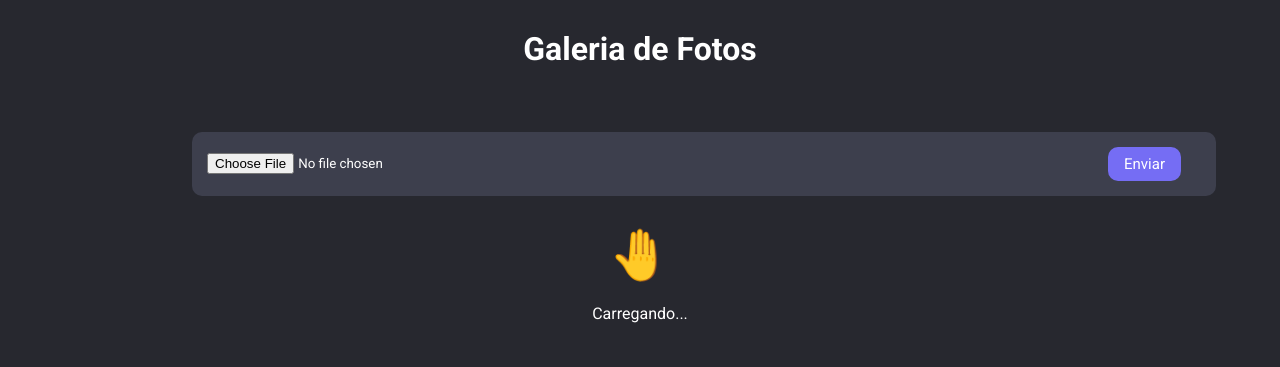
Repository: guilhermecardoso93/imagesapp
Page: /
An editor plug-in stored every save of this project. The page is shown before and after the next save, followed by the edit.
The browser window is 1280 px wide. The pictures show the whole page.
The page's requests for data from a server got no answer. The project was rebuilt for these pictures with package versions that can differ from the ones it lists, and the page was loaded fresh each time. No one was signed in, and anything a server would have sent is missing. Also part of the build but not shown: src/components/PhotoItem/styles.ts, src/components/PhotoItem/index.tsx.

Above is the page before, as saved 2022-11-14 19:33:51.

### public/index.html
<!DOCTYPE html>
<html lang="en">
  <head>
    <meta charset="utf-8" />
    <meta name="viewport" content="width=device-width, initial-scale=1" />
    <meta name="theme-color" content="#000000" />
    <meta
      name="description"
      content="Web site created using create-react-app"
      />
    <link rel="preconnect" href="https://fonts.googleapis.com">
    <link rel="preconnect" href="https://fonts.gstatic.com" crossorigin>
    <link
      href="https://fonts.googleapis.com/css2?family=Roboto:wght@400;500;700&display=swap"
      rel="stylesheet">
    <link rel="apple-touch-icon" href="%PUBLIC_URL%/logo192.png" />
    <!--
      manifest.json provides metadata used when your web app is installed on a
      user's mobile device or desktop. See https://developers.google.com/web/fundamentals/web-app-manifest/
    -->
    <link rel="manifest" href="%PUBLIC_URL%/manifest.json" />
    <!--
      Notice the use of %PUBLIC_URL% in the tags above.
      It will be replaced with the URL of the `public` folder during the build.
      Only files inside the `public` folder can be referenced from the HTML.

      Unlike "/favicon.ico" or "favicon.ico", "%PUBLIC_URL%/favicon.ico" will
      work correctly both with client-side routing and a non-root public URL.
      Learn how to configure a non-root public URL by running `npm run build`.
    -->
    <title>React App</title>
  </head>
  <body>
    <noscript>You need to enable JavaScript to run this app.</noscript>
    <div id="root"></div>
    <!--
      This HTML file is a template.
      If you open it directly in the browser, you will see an empty page.

      You can add webfonts, meta tags, or analytics to this file.
      The build step will place the bundled scripts into the <body> tag.

      To begin the development, run `npm start` or `yarn start`.
      To create a production bundle, use `npm run build` or `yarn build`.
    -->
  </body>
</html>

### src/index.tsx
import React from 'react';
import ReactDOM from 'react-dom/client';
import { App } from './App';
import reportWebVitals from './reportWebVitals';

import './global.css'

const root = ReactDOM.createRoot(
  document.getElementById('root') as HTMLElement
);
root.render(
  <React.StrictMode>
    <App />
  </React.StrictMode>
);

// If you want to start measuring performance in your app, pass a function
// to log results (for example: reportWebVitals(console.log))
// or send to an analytics endpoint. Learn more: https://bit.ly/CRA-vitals
reportWebVitals();

### src/App.tsx
import { useEffect, useState } from "react";
import { Area, Container, Header, ScreenWaring, PhotoList, UploadForm } from "./App.styles";
import { PhotoItem } from "./components/PhotoItem";
import * as Photos from "./services/photos";
import { PhotoTypes } from "./types/photoTypes";

export function App() {
  const [loading, setLoading] = useState(false);
  const [photos, setPhotos] = useState<PhotoTypes[]>([]);

  function handleFormSubmit() {}

  useEffect(() => {
    const getPhotos = async () => {
      setLoading(true);
      setPhotos(await Photos.getAll());
      setLoading(false);
    };
    getPhotos();
  }, []);

  return (
    <Container>
      <Area>
        <Header>Galeria de Fotos</Header>
        <UploadForm method="post" onSubmit={handleFormSubmit}>
          <input type='file' name='image'/>
          <input type='submit' value='Enviar'/>
        </UploadForm>

        {loading && (
          <ScreenWaring>
            <div className="emoji">🤚</div>
            <div>Carregando...</div>
          </ScreenWaring>
        )}
        {!loading && photos.length > 0 && (
          <PhotoList>
            {photos.map((photo) => (
              <PhotoItem key={photo.url} name={photo.name} url={photo.url} />
            ))}
          </PhotoList>
        )}
        {!loading && photos.length === 0 && (
          <ScreenWaring>
            <div className="emoji">🙃</div>
            <div>Não há fotos disponiveis...</div>
          </ScreenWaring>
        )}
      </Area>
    </Container>
  );
}

### src/global.css
* {
  box-sizing: border-box;
  margin: 0;
  padding: 0;

  font-family: 'Roboto', sans-serif;
}

### src/App.styles.ts
import styled from "styled-components";

export const Container = styled.div`
  background-color: #27282f;
  color: #fff;
  height: 100vh;
`;
export const Area = styled.div`
  margin: auto;
  max-width: 80%;
  padding: 1.87rem 0;
`;

export const Header = styled.h1`
  text-align: center;
  margin-bottom: 2rem;
`;

export const ScreenWaring = styled.div`
  display: flex;
  flex-direction: column;
  align-items: center;
  justify-content: center;

  .emoji {
    font-size: 50px;
    margin-bottom: 20px;
  }
`;

export const PhotoList = styled.div`
  margin: auto;
  display: grid;
  grid-template-columns: 400px 400px 400px 400px;
  grid-template-rows: auto 1fr auto;
  gap: 10px;
`;

export const UploadForm = styled.form`
  display: flex;
  align-items: center;
  justify-content:space-between;
  width: 100%;
  margin: 4rem;
  background-color: #3d3f4d;
  padding: 15px;
  border-radius: 10px;
  margin-bottom: 30px;

  input[type=submit] {
    background-color: #756df4;
    border: 0;
    color: #FFF;
    padding: 8px 16px;
    font-size: 15px;
    border-radius: 10px;
    margin:0 20px;
    cursor: pointer;
    transition: 0.2s;

    &:hover {
      opacity: 0.8;
    }
  }
`;

### src/services/photos.ts
import { ref,listAll, getDownloadURL } from "firebase/storage";
import { storage } from "../libs/firebase";
import { PhotoTypes } from "../types/photoTypes";

export async function getAll() {
  let list: PhotoTypes[] = [];

  const galleryFolder = ref(storage, "gallery")
  const photoList = await listAll(galleryFolder)

  for(let i in photoList.items) {
    let photoUrl = await getDownloadURL(photoList.items[i])

    list.push({
      name:photoList.items[i].name,
      url: photoUrl,
    })
  }

  return list;
}

### src/libs/firebase.ts
import { initializeApp } from "firebase/app";
import { getStorage } from "firebase/storage";

const firebaseConfig = {
  apiKey: process.env.REACT_APP_FIREBASE_KEY,
  authDomain: process.env.REACT_APP_FIREBASE_AUTHDOMAIN,
  projectId: process.env.REACT_APP_FIREBASE_PROJECTID,
  storageBucket: process.env.REACT_APP_FIREBASE_STORAGEBUCKET,
  messagingSenderId: process.env.REACT_APP_FIREBASE_MESSEAGINGENDRID,
  appId: process.env.REACT_APP_FIREBASE_APPID,
  measurementId: process.env.REACT_APP_MEASUREMENTID,
};

const firebaseApp = initializeApp(firebaseConfig);
export const storage = getStorage(firebaseApp);

Loaded but not shown: src/reportWebVitals.ts (common file)

After the next save:
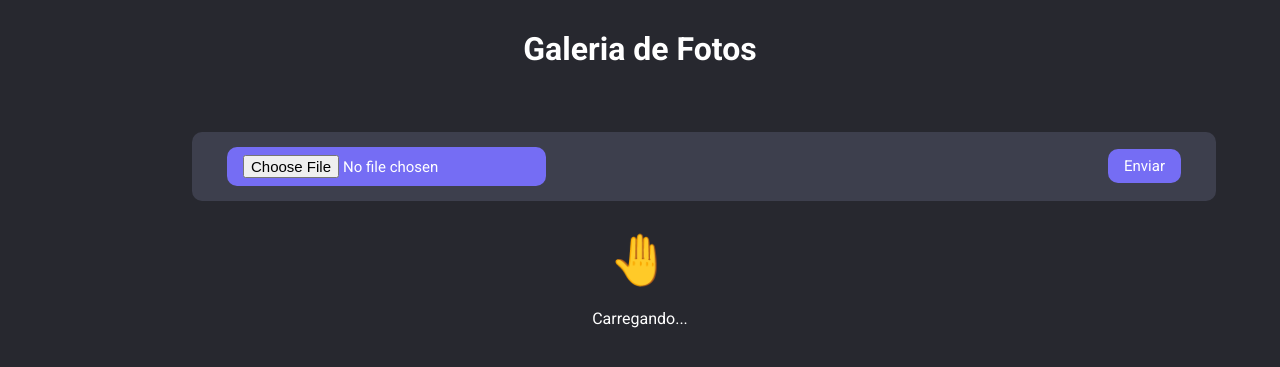
Saved 13 s later.
--- a/src/App.styles.ts
+++ b/src/App.styles.ts
@@ -62,4 +62,20 @@
       opacity: 0.8;
     }
   }
+
+  input[type=file] {
+    background-color: #756df4;
+    border: 0;
+    color: #FFF;
+    padding: 8px 16px;
+    font-size: 15px;
+    border-radius: 10px;
+    margin:0 20px;
+    cursor: pointer;
+    transition: 0.2s;
+
+    &:hover {
+      opacity: 0.8;
+    }
+  }
 `;

After the save that followed:
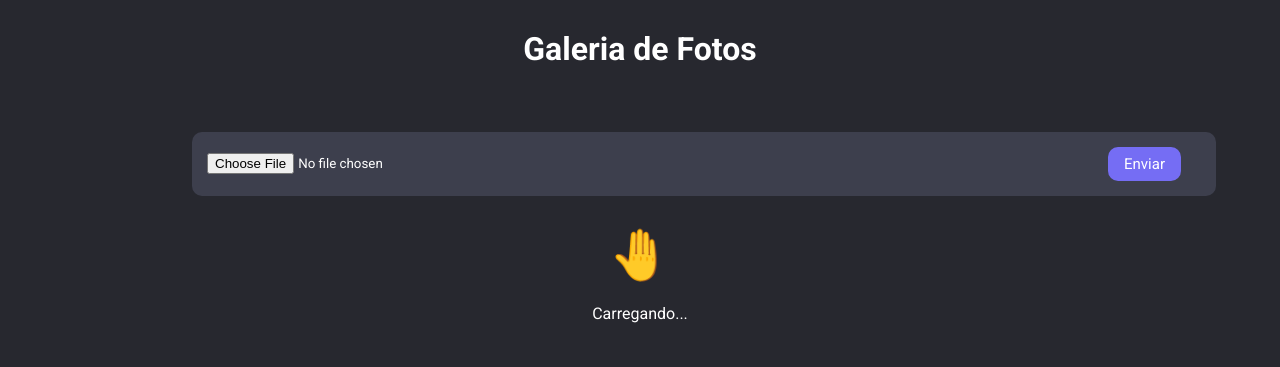
Saved 13 s later.
--- a/src/App.styles.ts
+++ b/src/App.styles.ts
@@ -63,7 +63,7 @@
     }
   }
 
-  input[type=file] {
+  input[type=file] button {
     background-color: #756df4;
     border: 0;
     color: #FFF;
